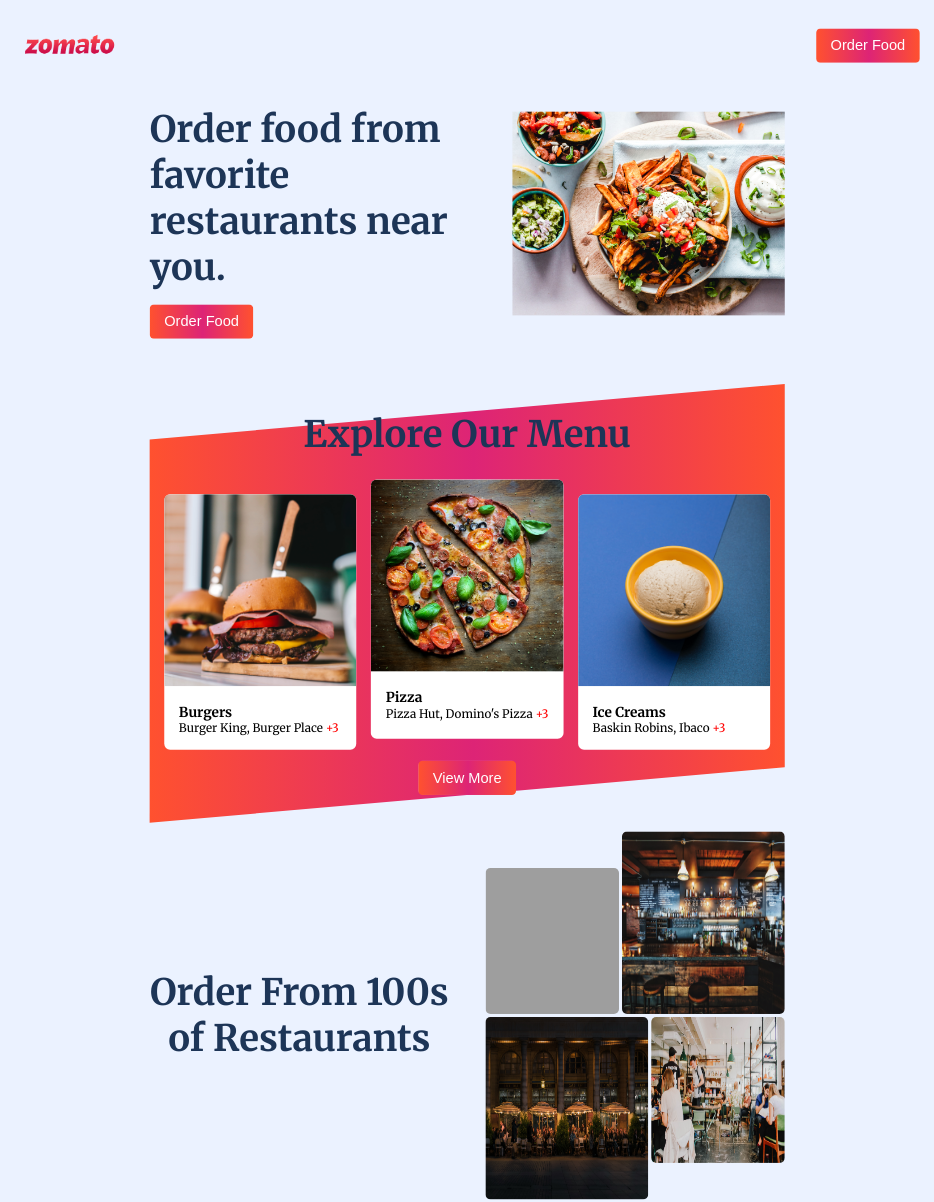
Repository: srush-shah/LandingPage-Project-ShapeAI
Page: index.html
An editor plug-in stored every save of this project. The page is shown before and after the next save, followed by the edit.
The browser window is 1280 px wide. The pictures show the whole page, at 73% of full size.
Pictures or frames that could not be fetched are drawn as grey boxes.

Above is the page before, as saved 2021-09-21 18:14:12.

After the next save:
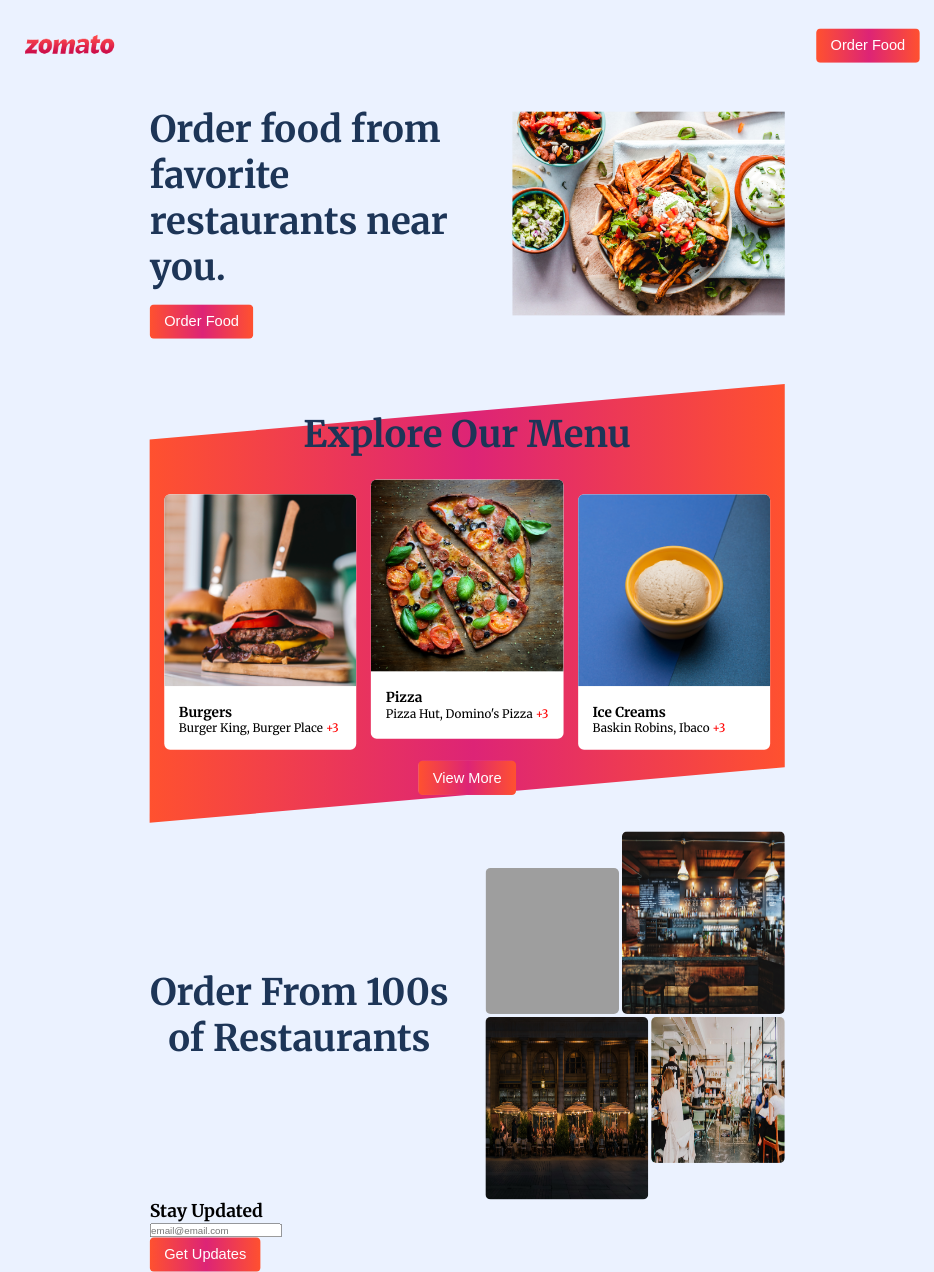
Saved 4 s later.
--- a/index.html
+++ b/index.html
@@ -121,7 +121,7 @@
       </section>
 
       <!-- Subscribe -->
-      <!--<section class="subscribe">
+      <section class="subscribe">
         <h1 class="subscribe-text">Stay Updated</h1>
         <div class="subscribe-flex">
           <div class="subscribe-form-container">
